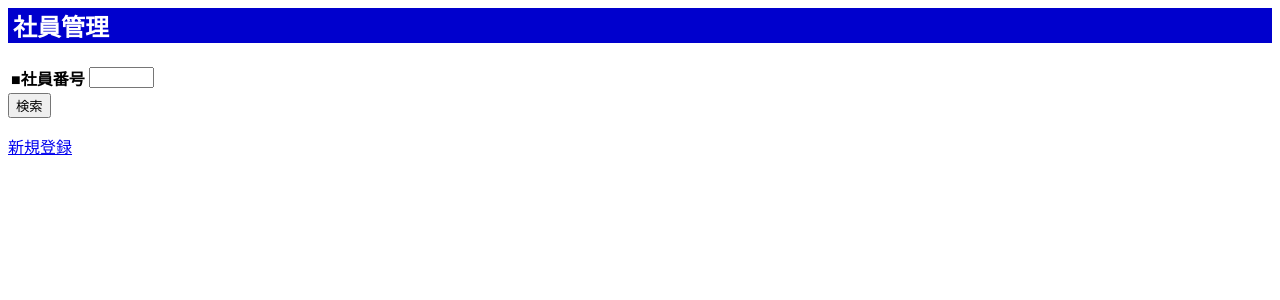
Repository: eb-communicationservice/php_study
Page: http://localhost/views/scripts/members/index.php
These files come from the project's save history. The page is drawn as it stood at one moment and after the next save; the edit follows.
The browser window is 1280 px wide. The pictures show the whole page.
The page is run by PHP 8.4 with error messages shown; the project is at /var/www/html/.

Above is the page before, as saved 2015-12-06 12:39:13.

After the next save:
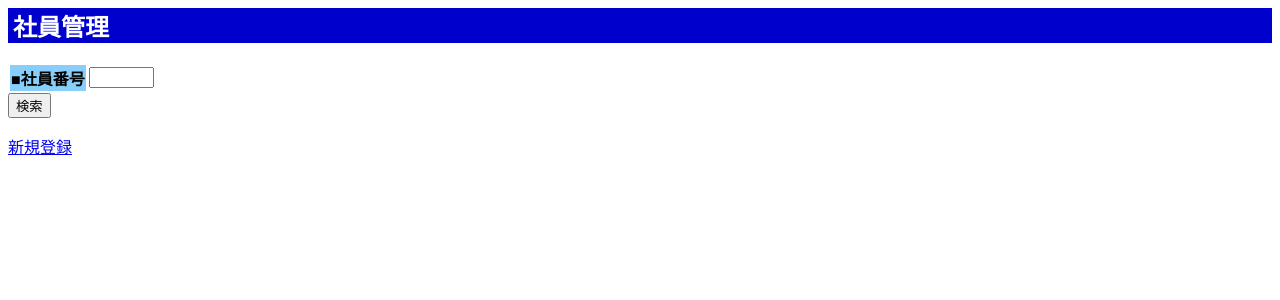
Saved 7 s later.
--- a/kadai01/views/scripts/members/index.php
+++ b/kadai01/views/scripts/members/index.php
@@ -7,7 +7,7 @@
 		<h2>社員管理</h2>
 	</div>
 	<form action="indexController.php" method="post">
-		<table class="memberInfo">
+		<table id="memberInfo">
 			<tr>
 				<th><label for="memberId">■社員番号</label></th>
 				<td><input id="memberId" type="text" name="memberId" size="5" maxlength="6" value="" /></td>
